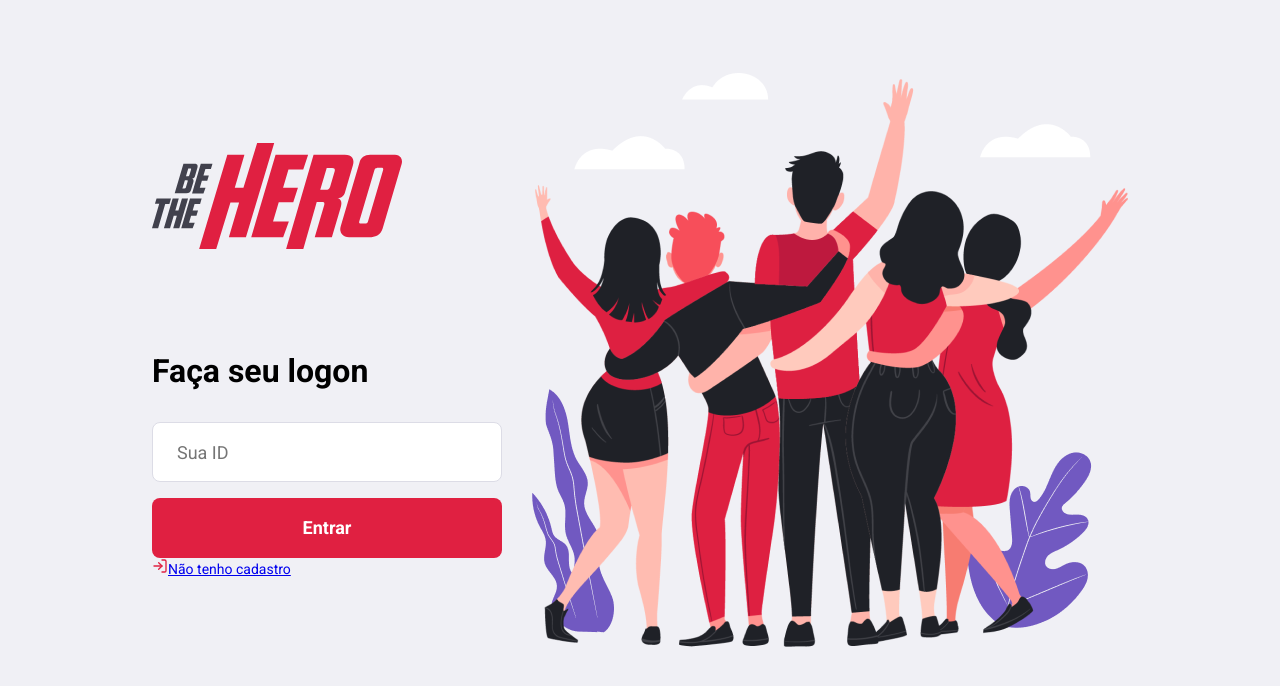
Repository: lucas-silva-dev/be-the-hero
Page: /profile (app in frontend/)
These files come from the project's save history. The page is drawn as it stood at one moment and after the next save; the edit follows.
The browser window is 1280 px wide. The pictures show the whole page.
The project was rebuilt for these pictures with package versions that can differ from the ones it lists, and the page was loaded fresh each time.

Above is the page before, as saved 2020-03-25 22:17:48.

After the next save:
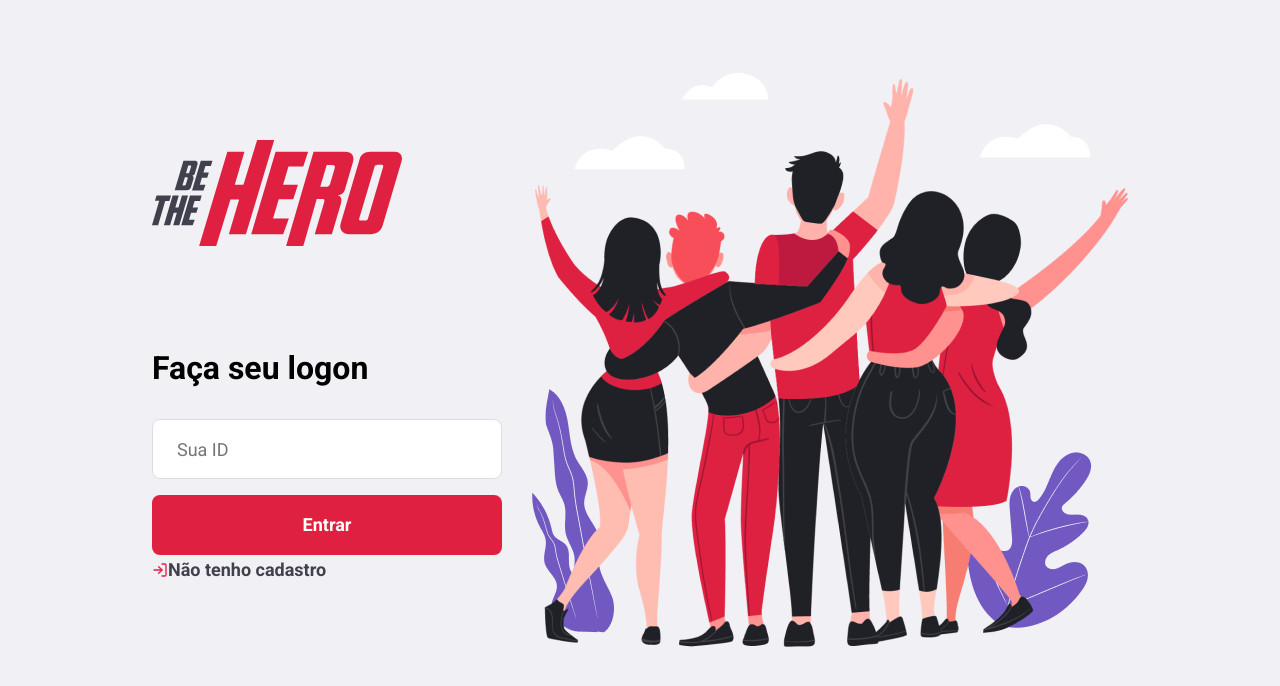
Saved 99 s later.
--- a/frontend/src/pages/Logon/styles.css
+++ b/frontend/src/pages/Logon/styles.css
@@ -23,3 +23,13 @@
   font-size: 32px;
   margin-bottom: 32px;
 }
+
+.logon-container section.form form a {
+  display: flex;
+  align-items: center;
+  margin-top: 4px;
+  color: #41414d;
+  font-size: 18px;
+  text-decoration: none;
+  font-weight: 700;
+}
